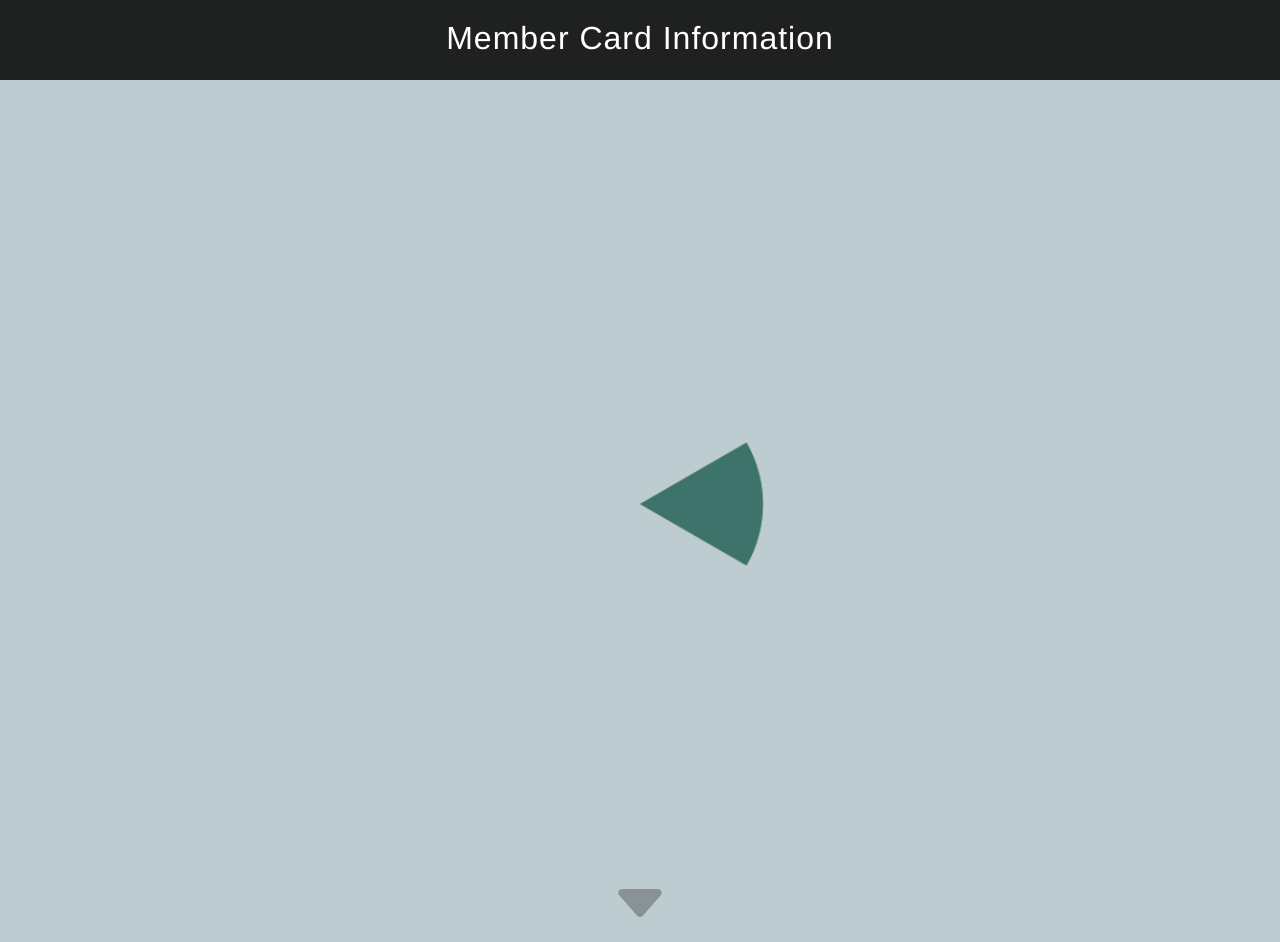
Repository: Leooook/lzhao-fed-test
Page: /
The author's editor kept a copy of each file at every save. The page is drawn from the files as they stood at one save, then again after the next save.
The browser window is 1280 px wide. The pictures show the whole page.
The page's requests for data from a server got no answer. The project was rebuilt for these pictures with package versions that can differ from the ones it lists, and the page was loaded fresh each time. No one was signed in, and anything a server would have sent is missing. Also part of the build but not shown: src/components/detail.jsx.

Above is the page before, as saved 2021-03-15 21:48:59.

After the next save:
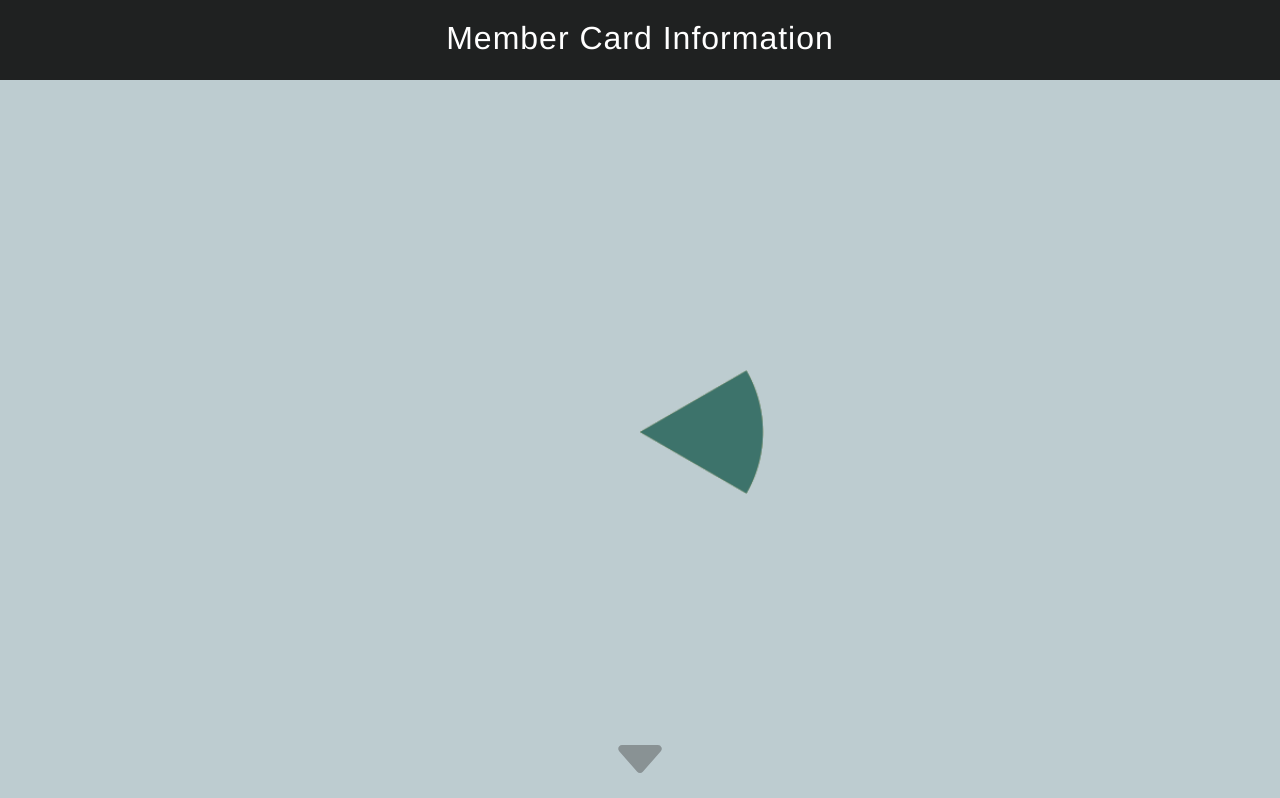
Saved 31 s later.
--- a/src/App.css
+++ b/src/App.css
@@ -68,7 +68,7 @@
 }
 .loadPic {
 	width: 20%;
-	margin: 30vh 40%;
+	margin: 20vh 40%;
 }
 /* end of loader */
 /* feature */
